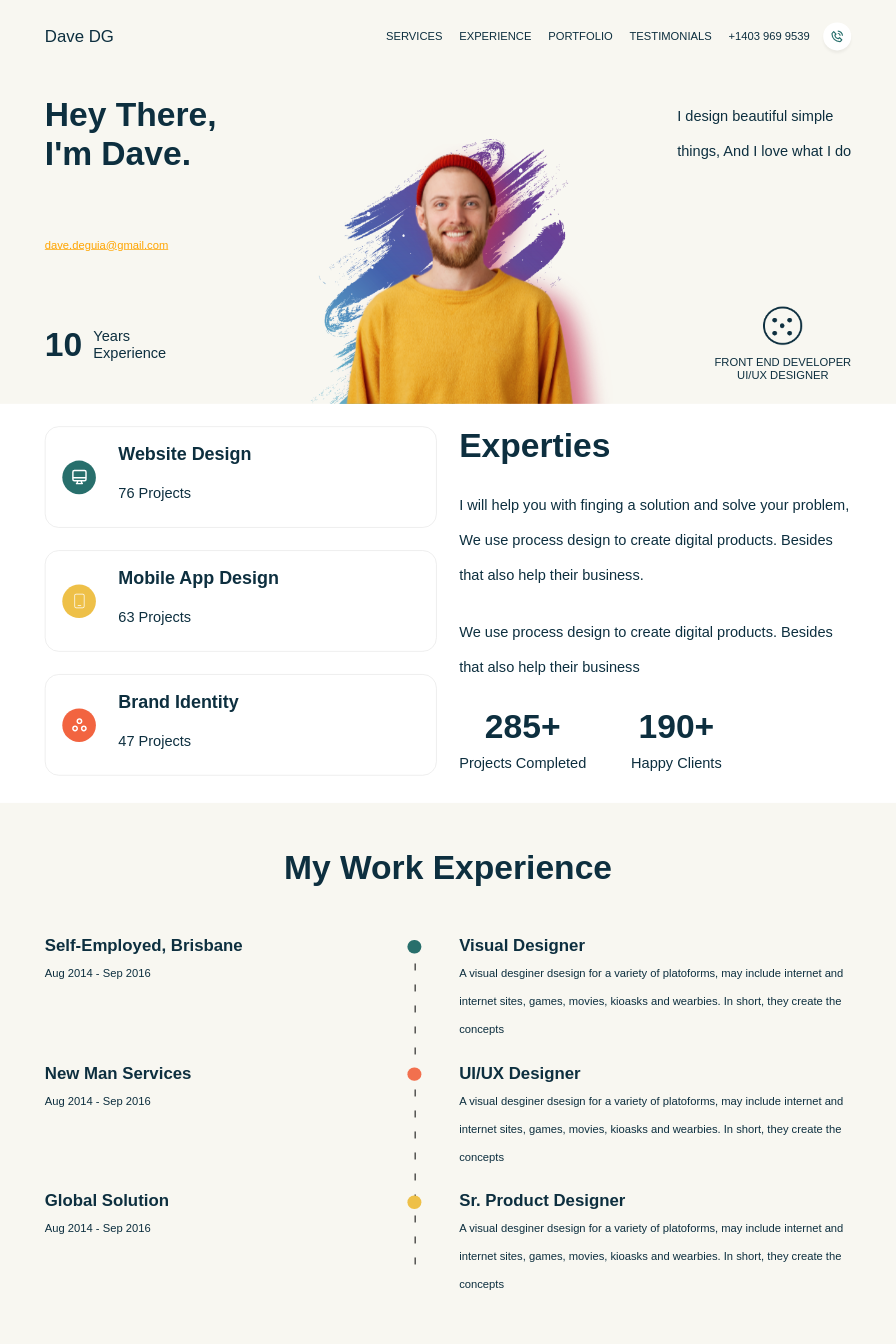
Repository: davedeguia/framer-motion-portfolio
Page: /
The author's editor kept a copy of each file at every save. The page is drawn from the files as they stood at one save, then again after the next save.
The browser window is 1280 px wide. The pictures show the part of the page from y = 0 to 1920 px (the page is 2034 px tall before and 720 px after), at 70% of full size.
Some web fonts or font styles are not loaded; a fallback is used. The project was rebuilt for these pictures with package versions that can differ from the ones it lists, and the page was loaded fresh each time. Also part of the build but not shown: vite.config.js, src/components/Portfolio/Portfolio.module.scss.

Above is the page before, as saved 2023-02-10 21:42:19.

After the next save:
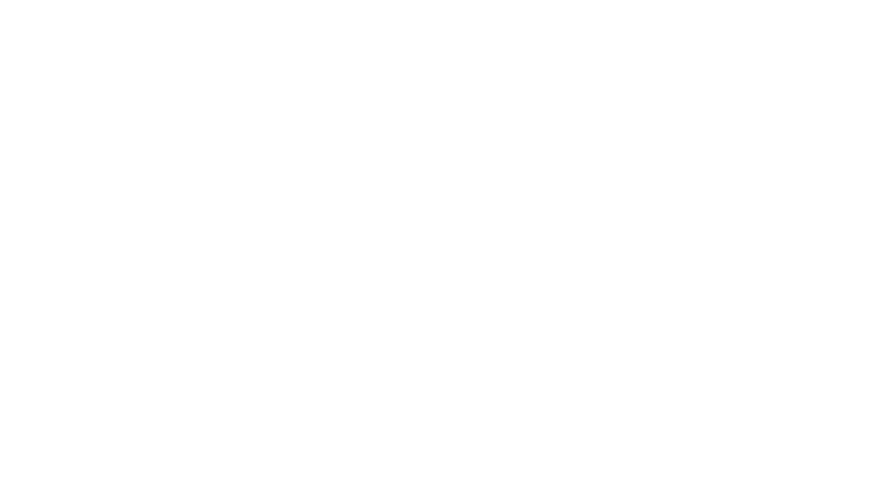
Console error: ReferenceError: motion is not defined
Saved 3 min 26 s later.
--- a/src/components/Portfolio/Portfolio.jsx
+++ b/src/components/Portfolio/Portfolio.jsx
@@ -16,7 +16,13 @@
         </div>
 
         {/* images */}
-        <div className={css.showCase}></div>
+        <div className={css.showCase}>
+          <motion.img
+            variants={fadeIn('up', 'tween', 0.05, 0.6)}
+            src='./showCase1.png'
+            alt='project'
+          />
+        </div>
       </div>
     </section>
   )

After the 3 saves that followed:
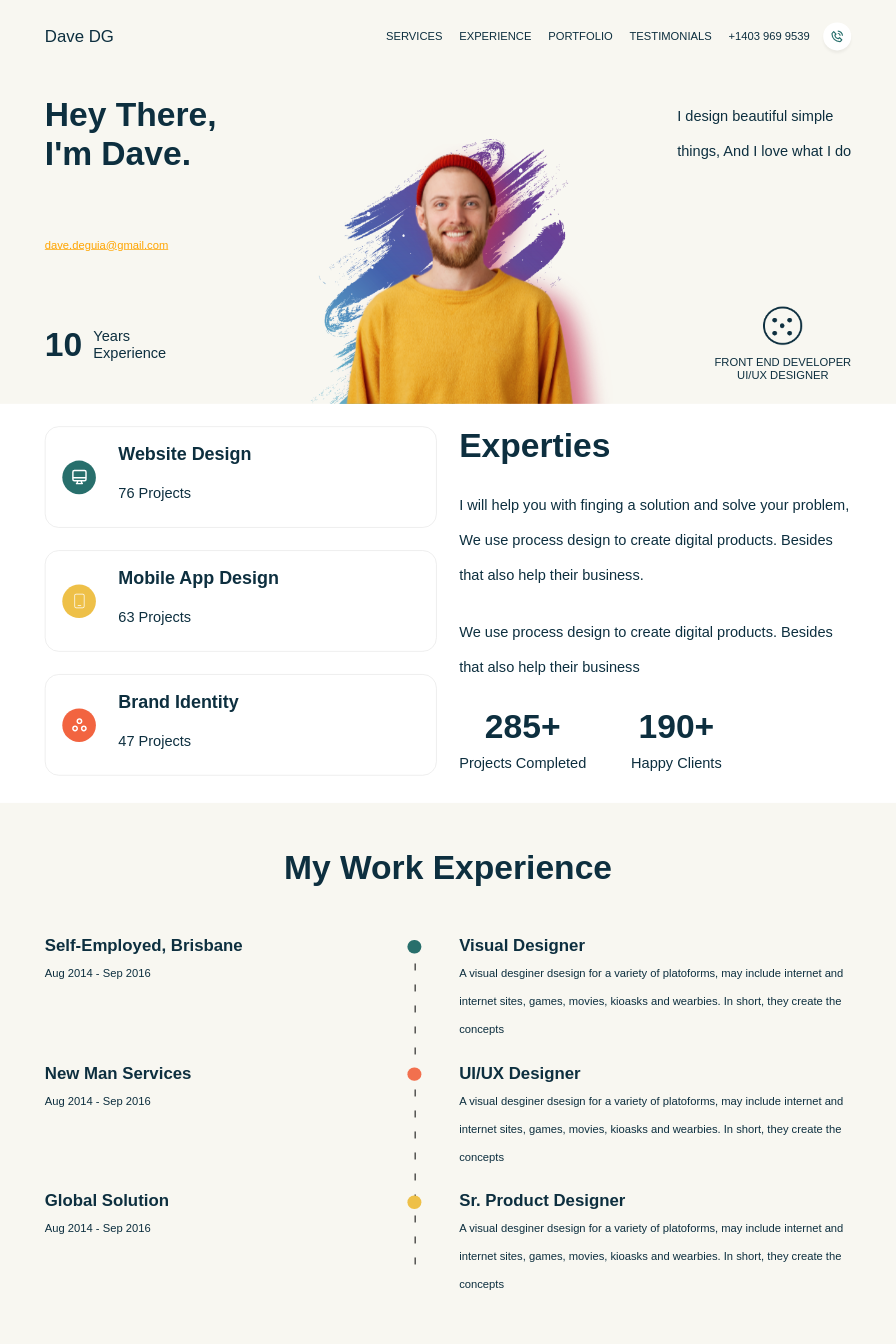
The error is gone.
The 3 saves are shown as one change because 2 left the picture as it was.
The last was saved 2 min 56 s later.
--- a/src/components/Portfolio/Portfolio.jsx
+++ b/src/components/Portfolio/Portfolio.jsx
@@ -1,5 +1,7 @@
 import React from 'react'
 import css from './Portfolio.module.scss'
+import { motion } from 'framer-motion'
+import { fadeIn } from '../../utils/motion.js'
 
 const Portfolio = () => {
   return (
@@ -18,8 +20,18 @@
         {/* images */}
         <div className={css.showCase}>
           <motion.img
-            variants={fadeIn('up', 'tween', 0.05, 0.6)}
+            variants={fadeIn('up', 'tween', 0.5, 0.6)}
             src='./showCase1.png'
+            alt='project'
+          />
+          <motion.img
+            variants={fadeIn('up', 'tween', 0.7, 0.6)}
+            src='./showCase2.png'
+            alt='project'
+          />
+          <motion.img
+            variants={fadeIn('up', 'tween', 0.9, 0.6)}
+            src='./showCase3.png'
             alt='project'
           />
         </div>
